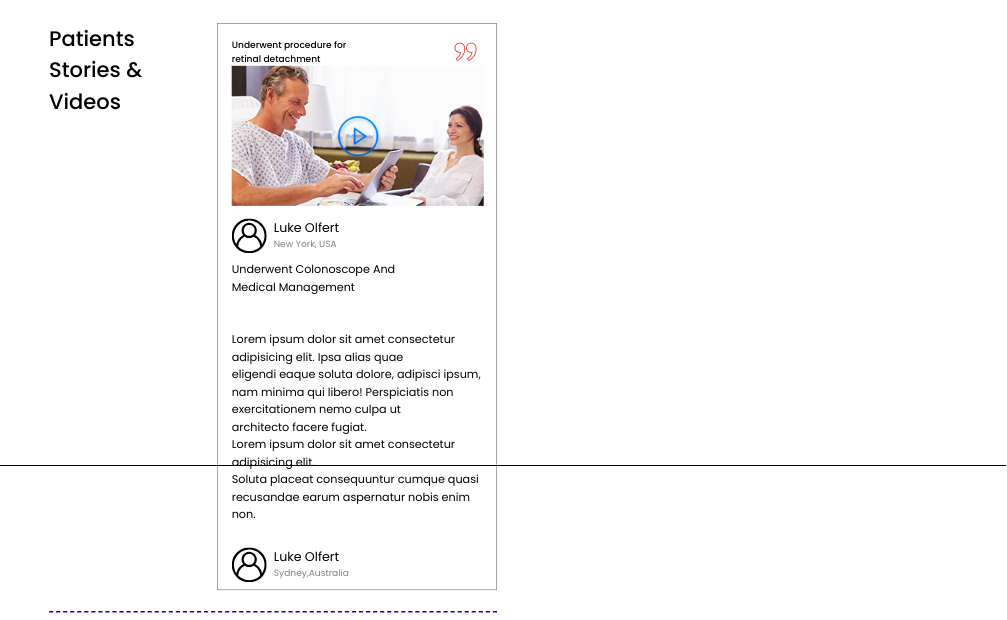
Repository: hetuk2005/webDevelopment
Page: Projects/Aafiya.html
An editor plug-in stored every save of this project. The page is shown before and after the next save, followed by the edit.
The browser window is 1280 px wide. The page is 1438 px wide, so the pictures cover 1438 px, including what lies to the right of the window. The pictures show the part of the page from y = 4780 to 6500 px (the page is 5665 px tall before and 6696 px after), at 70% of full size.
Some web fonts or font styles are not loaded; a fallback is used.

Above is the page before, as saved 2025-04-08 19:53:41.

After the next save:
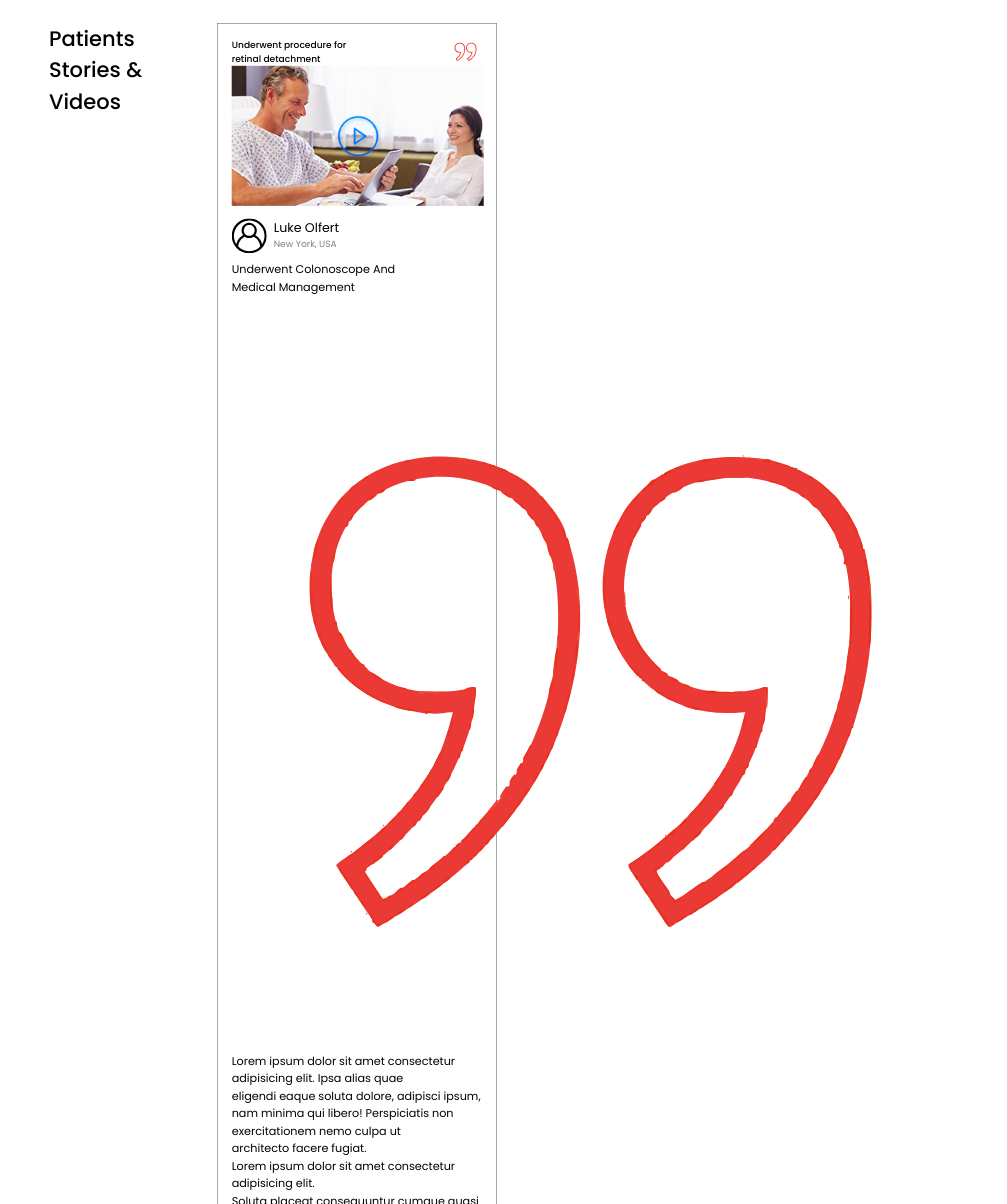
Saved 6 s later.
--- a/Projects/Aafiya.html
+++ b/Projects/Aafiya.html
@@ -273,6 +273,7 @@
                         Underwent Colonoscope And<br> Medical Management
                     </p>
                     <br><br>
+                    <img src="./Images/Quotes.svg" alt="Quotes" class="quotes" />
                 </div>
                 <p>Lorem ipsum dolor sit amet consectetur adipisicing elit. Ipsa alias quae<br> eligendi eaque soluta dolore, adipisci ipsum,<br> nam minima qui libero! Perspiciatis non<br> exercitationem nemo culpa ut<br> architecto facere fugiat.<br> Lorem
                     ipsum dolor sit amet consectetur adipisicing elit.<br> Soluta placeat consequuntur cumque quasi<br> recusandae earum aspernatur nobis enim non.</p>
